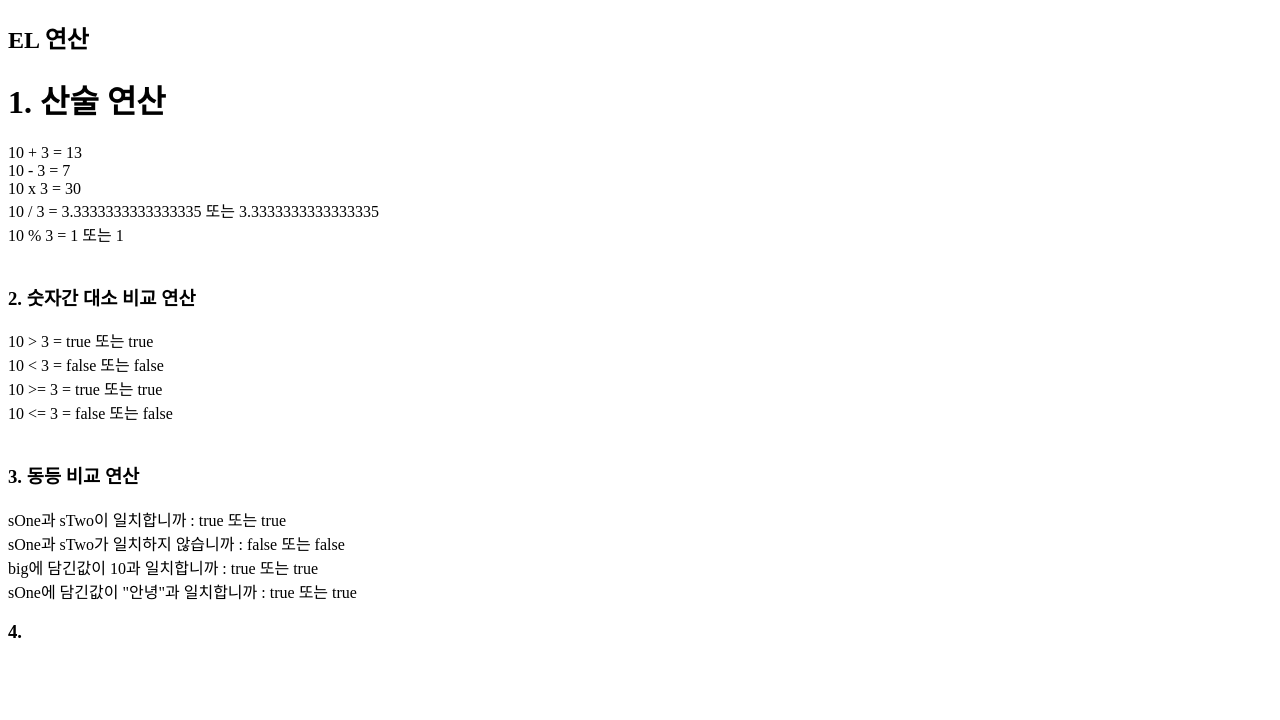
Repository: Young-27/DailyStudy
Page: http://localhost/actionProject/operation.do
An editor plug-in stored every save of this project. The page is shown before and after the next save, followed by the edit.
The browser window is 1280 px wide. The pictures show the whole page.
The page is served by Tomcat 9.

Above is the page before, as saved 2021-06-16 10:30:43.

### Server/web-workspace2/actionProject/WebContent/views/1_EL/02_elOperation.jsp
<%@ page language="java" contentType="text/html; charset=UTF-8"
    pageEncoding="UTF-8"%>
<!DOCTYPE html>
<html>
<head>
<meta charset="UTF-8">
<title>Insert title here</title>
</head>
<body>

	<h2>EL 연산</h2>

	<h1>1. 산술 연산</h1>
	<%-- <%= (int)request.getAttribute("big") + (int)request.getAttribute("small") %> --%>

	10 + 3 = ${ big + small } <br>
	10 - 3 = ${ big - small } <br>
	10 x 3 = ${ big * small } <br>
	10 / 3 = ${ big / small } 또는 ${ big div small } <br>
	10 % 3 = ${ big % small } 또는 ${ big mod small } <br><br>

	<h3>2. 숫자간 대소 비교 연산</h3>
	10 &gt; 3 = ${ big > small } 또는 ${ big gt small } <br>
	10 &lt; 3 = ${ big < small } 또는 ${ big lt small } <br>
	10 &gt;= 3 = ${ big >= small } 또는 ${ big ge small } <br>
	10 &lt;= 3 = ${ big <= small } 또는 ${ big le small } <br><br>

	<h3>3. 동등 비교 연산</h3>
	sOne과 sTwo이 일치합니까 : ${ sOne == sTwo } 또는 ${ sOne eq sTwo } <br>
	<!-- el에서의 == 비교는 자바에서의 equals()와 같은 동작을 함 -->
	sOne과 sTwo가 일치하지 않습니까 : ${ sOne != sTwo } 또는 ${ sOne ne sTwo } <br>

	big에 담긴값이 10과 일치합니까 : ${ big == 10 } 또는 ${ big eq 10 } <br>

	sOne에 담긴값이 "안녕"과 일치합니까 : ${sOne == "안녕" } 또는 ${ sOne eq "안녕" }
	<!-- el안에서 문자열 제시시 홑따옴표던 쌍따옴표던 가리지 않음 -->

	<h3>4. </h3>










</body>
</html>

### Server/web-workspace2/actionProject/src/com/kh/controller/OperationServlet.java
package com.kh.controller;

import java.io.IOException;
import java.util.ArrayList;

import javax.servlet.ServletException;
import javax.servlet.annotation.WebServlet;
import javax.servlet.http.HttpServlet;
import javax.servlet.http.HttpServletRequest;
import javax.servlet.http.HttpServletResponse;

import com.kh.model.vo.Person;

/**
 * Servlet implementation class OperationServlet
 */
@WebServlet("/operation.do")
public class OperationServlet extends HttpServlet {
	private static final long serialVersionUID = 1L;

    /**
     * @see HttpServlet#HttpServlet()
     */
    public OperationServlet() {
        super();
        // TODO Auto-generated constructor stub
    }

	/**
	 * @see HttpServlet#doGet(HttpServletRequest request, HttpServletResponse response)
	 */
	protected void doGet(HttpServletRequest request, HttpServletResponse response) throws ServletException, IOException {

		request.setAttribute("big", 10);
		request.setAttribute("small", 3);

		request.setAttribute("sOne", "안녕");
		request.setAttribute("sTwo", new String("안녕"));

		request.setAttribute("pOne", new Person("홍길동", 20, "남자"));
		request.setAttribute("pTwo", null);

		ArrayList<String> list1 = new ArrayList<>();
		request.setAttribute("lOne", list1); // 텅빈리스트

		ArrayList<String> list2 = new ArrayList<>();
		list2.add("ㅋㅋㅋ");
		request.setAttribute("lTwo", list2);

		request.getRequestDispatcher("views/1_EL/02_elOperation.jsp").forward(request, response);

	}

	/**
	 * @see HttpServlet#doPost(HttpServletRequest request, HttpServletResponse response)
	 */
	protected void doPost(HttpServletRequest request, HttpServletResponse response) throws ServletException, IOException {
		doGet(request, response);
	}

}

### Server/web-workspace2/actionProject/src/com/kh/model/vo/Person.java
package com.kh.model.vo;

public class Person {

	private String name;
	private int age;
	private String gender;

	public Person() {}

	public Person(String name, int age, String gender) {
		super();
		this.name = name;
		this.age = age;
		this.gender = gender;
	}

	public String getName() {
		return name;
	}

	public void setName(String name) {
		this.name = name;
	}

	public int getAge() {
		return age;
	}

	public void setAge(int age) {
		this.age = age;
	}

	public String getGender() {
		return gender;
	}

	public void setGender(String gender) {
		this.gender = gender;
	}

	@Override
	public String toString() {
		return "Person [name=" + name + ", age=" + age + ", gender=" + gender + "]";
	}



}

After the next save:
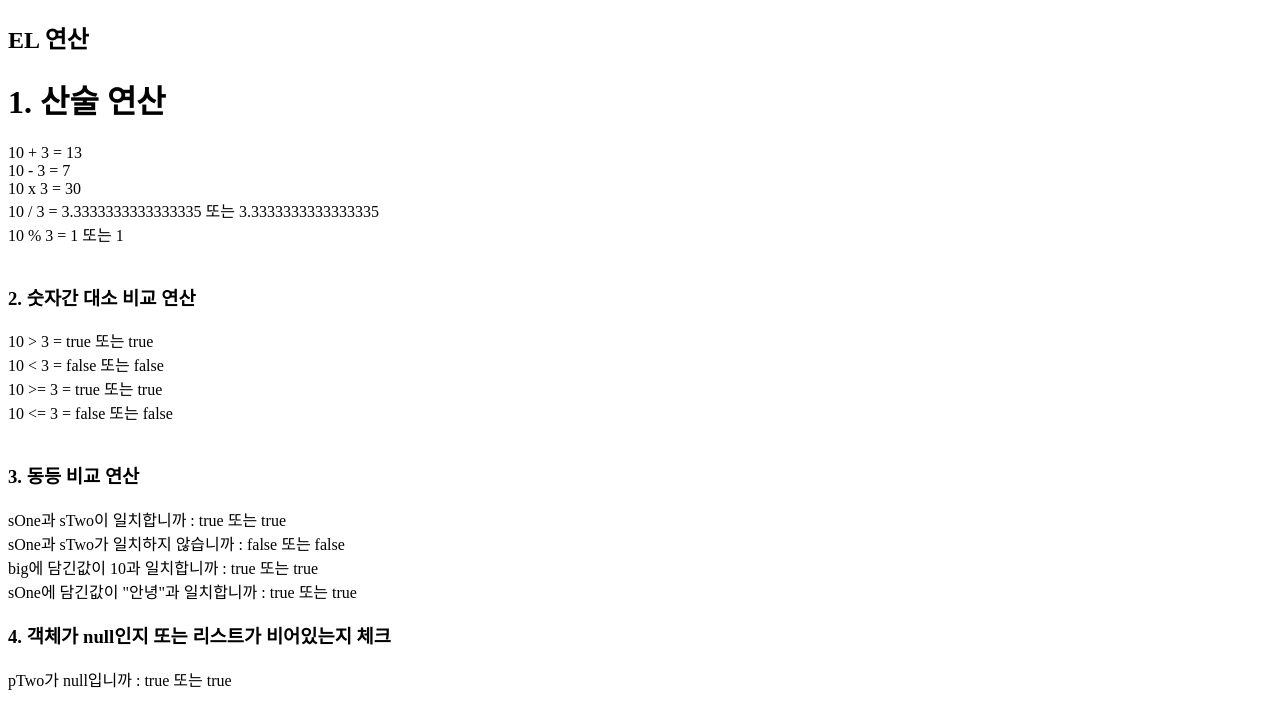
Saved 2 min 47 s later.
--- a/Server/web-workspace2/actionProject/WebContent/views/1_EL/02_elOperation.jsp
+++ b/Server/web-workspace2/actionProject/WebContent/views/1_EL/02_elOperation.jsp
@@ -35,7 +35,9 @@
 	sOne에 담긴값이 "안녕"과 일치합니까 : ${sOne == "안녕" } 또는 ${ sOne eq "안녕" }
 	<!-- el안에서 문자열 제시시 홑따옴표던 쌍따옴표던 가리지 않음 -->
 
-	<h3>4. </h3>
+	<h3>4. 객체가 null인지 또는 리스트가 비어있는지 체크</h3>
+
+	pTwo가 null입니까 : ${ pTwo == null } 또는 ${ empty pTwo } <br>
 
 
 
